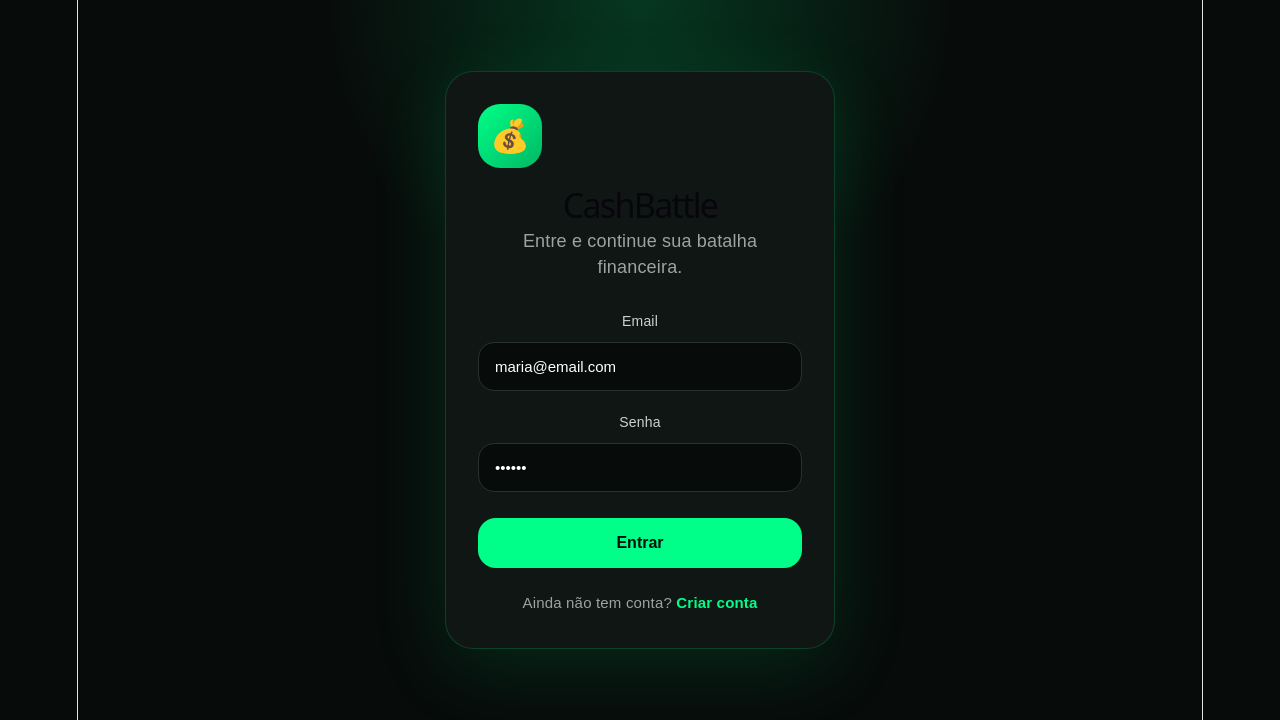
Repository: AxioDevStudio/CashBattle
Page: / (app in Frontend/)
These files come from the project's save history. The page is drawn as it stood at one moment and after the next save; the edit follows.
The browser window is 1280 px wide. The pictures show the whole page.
The project was rebuilt for these pictures with package versions that can differ from the ones it lists, and the page was loaded fresh each time. Also part of the build but not shown: Frontend/vite.config.js.

Above is the page before, as saved 2026-06-26 12:51:11.

After the next save:
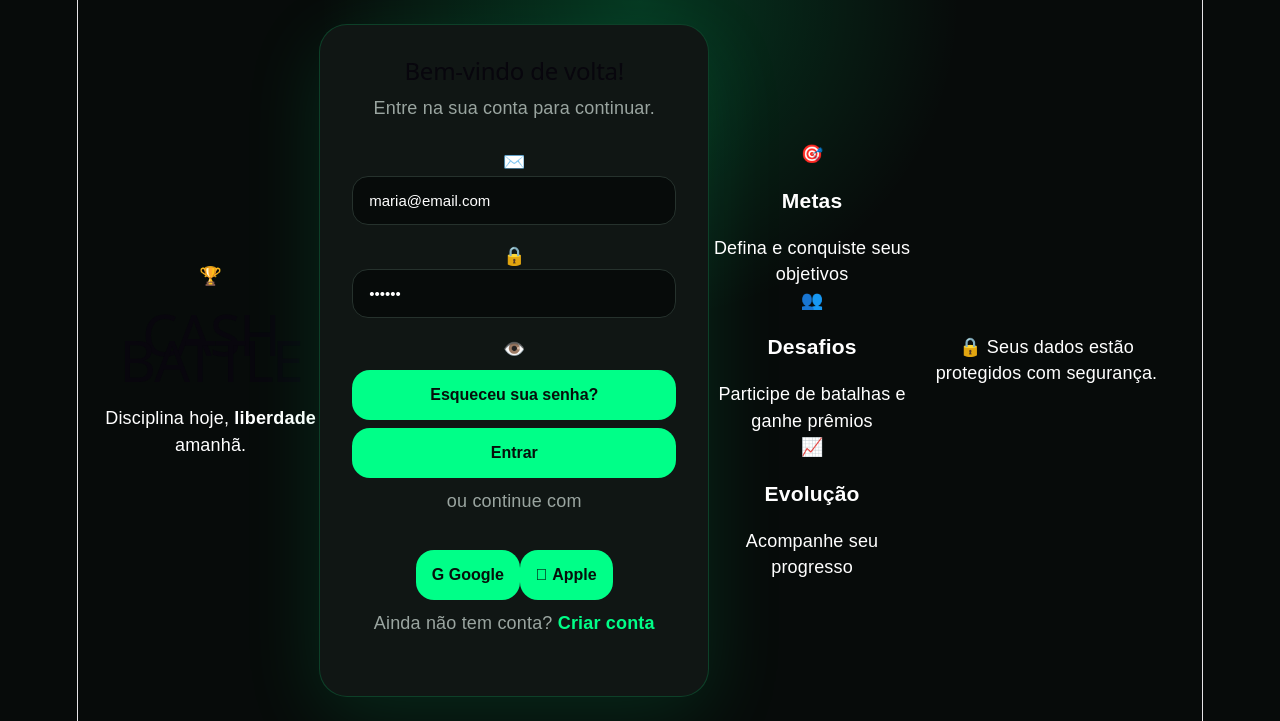
Saved 5 min 2 s later.
--- a/Frontend/src/pages/Login.jsx
+++ b/Frontend/src/pages/Login.jsx
@@ -20,16 +20,10 @@
                 password,
             });
 
-            const { token, user } = response.data;
+            localStorage.setItem("cashbattle_token", response.data.token);
+            localStorage.setItem("cashbattle_user", JSON.stringify(response.data.user));
 
-            localStorage.setItem("cashbattle_token", token);
-            localStorage.setItem("cashbattle_user", JSON.stringify(user));
-
-            alert(`Bem-vinda, ${user.name}!`);
-
-            console.log("Token salvo:", token);
-            console.log("Usuário:", user);
-
+            alert(`Bem-vinda, ${response.data.user.name}!`);
         } catch (err) {
             setError(err.response?.data?.error || "Erro ao fazer login.");
         } finally {
@@ -39,40 +33,92 @@
 
     return (
         <main className="login-page">
+            <section className="login-header">
+                <div className="logo-badge">🏆</div>
+
+                <h1>
+                    CASH <span>BATTLE</span>
+                </h1>
+
+                <p>
+                    Disciplina hoje, <strong>liberdade</strong> amanhã.
+                </p>
+            </section>
+
             <section className="login-card">
-                <div className="login-logo">💰</div>
-
-                <h1>CashBattle</h1>
-                <p>Entre e continue sua batalha financeira.</p>
+                <h2>Bem-vindo de volta!</h2>
+                <p className="subtitle">Entre na sua conta para continuar.</p>
 
                 <form onSubmit={handleLogin}>
-                    <label>Email</label>
-                    <input
-                        type="email"
-                        placeholder="Digite seu email"
-                        value={email}
-                        onChange={(e) => setEmail(e.target.value)}
-                    />
+                    <div className="input-box">
+                        <span>✉️</span>
+                        <input
+                            type="email"
+                            placeholder="Email"
+                            value={email}
+                            onChange={(e) => setEmail(e.target.value)}
+                        />
+                    </div>
 
-                    <label>Senha</label>
-                    <input
-                        type="password"
-                        placeholder="Digite sua senha"
-                        value={password}
-                        onChange={(e) => setPassword(e.target.value)}
-                    />
+                    <div className="input-box">
+                        <span>🔒</span>
+                        <input
+                            type="password"
+                            placeholder="Senha"
+                            value={password}
+                            onChange={(e) => setPassword(e.target.value)}
+                        />
+                        <span>👁️</span>
+                    </div>
 
-                    {error && <span className="login-error">{error}</span>}
+                    <button type="button" className="forgot">
+                        Esqueceu sua senha?
+                    </button>
 
-                    <button type="submit" disabled={loading}>
+                    {error && <span className="error">{error}</span>}
+
+                    <button className="login-button" type="submit" disabled={loading}>
                         {loading ? "Entrando..." : "Entrar"}
                     </button>
                 </form>
 
-                <small>
+                <div className="divider">
+                    <span></span>
+                    <p>ou continue com</p>
+                    <span></span>
+                </div>
+
+                <div className="social-buttons">
+                    <button>G Google</button>
+                    <button> Apple</button>
+                </div>
+
+                <p className="create-account">
                     Ainda não tem conta? <strong>Criar conta</strong>
-                </small>
+                </p>
             </section>
+
+            <section className="features">
+                <div>
+                    <span>🎯</span>
+                    <h3>Metas</h3>
+                    <p>Defina e conquiste seus objetivos</p>
+                </div>
+
+                <div>
+                    <span>👥</span>
+                    <h3>Desafios</h3>
+                    <p>Participe de batalhas e ganhe prêmios</p>
+                </div>
+
+                <div>
+                    <span>📈</span>
+                    <h3>Evolução</h3>
+                    <p>Acompanhe seu progresso</p>
+                </div>
+            </section>
+
+            <p className="security">🔒 Seus dados estão protegidos com segurança.</p>
         </main>
     );
 }
